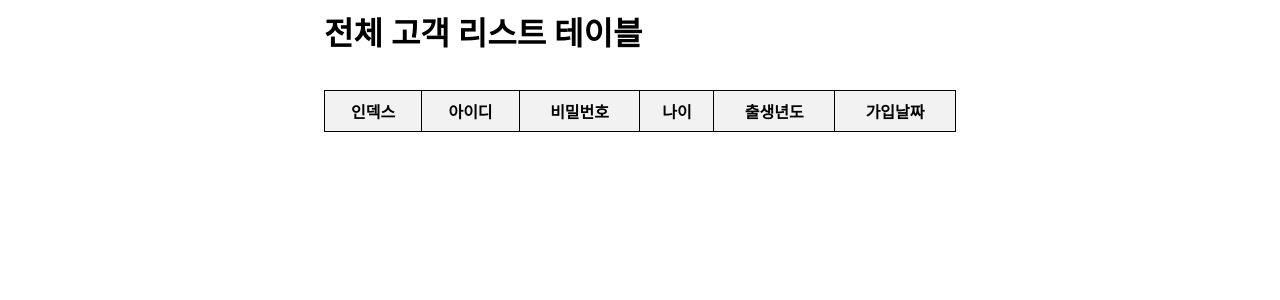
Repository: 2JISUN/hta-lecture-basic
Page: http://localhost/jsp03/list.jsp
The author's editor kept a copy of each file at every save. The page is drawn from the files as they stood at one save, then again after the next save.
The browser window is 1280 px wide. The pictures show the whole page.
The page is served by Tomcat 10. Other server files are loaded and not shown. Queries for data that is not in the repository find no rows.

Above is the page before, as saved 2023-09-15 07:47:59.

### jsp-lecture/jsp03/src/main/webapp/list.jsp
<%@page import="java.sql.ResultSet"%>
<%@page import="java.sql.PreparedStatement"%>
<%@page import="java.sql.Connection"%>
<%@page import="java.sql.DriverManager"%>
<%@ page language="java" contentType="text/html; charset=UTF-8"
    pageEncoding="UTF-8"%>
<html>
<head>
    <meta charset="UTF-8">
    <title>전체 고객 리스트 테이블</title>
    <style>
        h1 {
            width: 50%;
            margin: auto;
        }
        table {
            border-collapse: collapse;
            width: 50%;
            margin: auto;
        }
        th, td {
            border: 1px solid black;
            padding: 8px;
            text-align: center;
        }
        th {
            background-color: #f2f2f2;
        }
    </style>
</head>
<body>

<%
    //1. driver 찾기
    String driver = "oracle.jdbc.OracleDriver";
	Class.forName(driver);

	//2. url
	// 자바17 = 오라클11
	String url = "jdbc:oracle:thin:@localhost:1521:xe";
    String id = "jisun";
    String pw = "1234";

    Connection conn = DriverManager.getConnection(url, id, pw);
	System.out.println("db연결 성공");

	//3. 조회 : 쿼리 작성 + 결과값 받아오기
	//3-1. 쿼리문 처리 메서드
	//3-2. 결과값 받아오기 select 를 제외하고 나머지는 정수 0
	PreparedStatement pstmt = null;
	ResultSet rs = null;
	String sql = "select * from test";
	pstmt = conn.prepareStatement(sql);
	rs = pstmt.executeQuery();
%>
<h1>전체 고객 리스트 테이블</h1>
<br>
<br>
<table>
    <tr>
        <th>인덱스</th>
        <th>아이디</th>
        <th>비밀번호</th>
        <th>나이</th>
        <th>출생년도</th>
        <th>가입날짜</th>

    </tr>
    <%
        while(rs.next()) {
    %>
        <tr>
            <td><%= rs.getInt("no") %></td>
            <td><a href="info.jsp?id=<%= rs.getString("id") %>"><%= rs.getString("id") %></a></td>
            <td><%= rs.getString("password") %></td>
            <td><%= rs.getInt("age") %></td>
            <td><%= rs.getInt("birthyear") %></td>
            <td><%= rs.getString("regdate") %></td>
        </tr>
    <%
        }
    %>
</table>
</body>
</html>

After the next save:
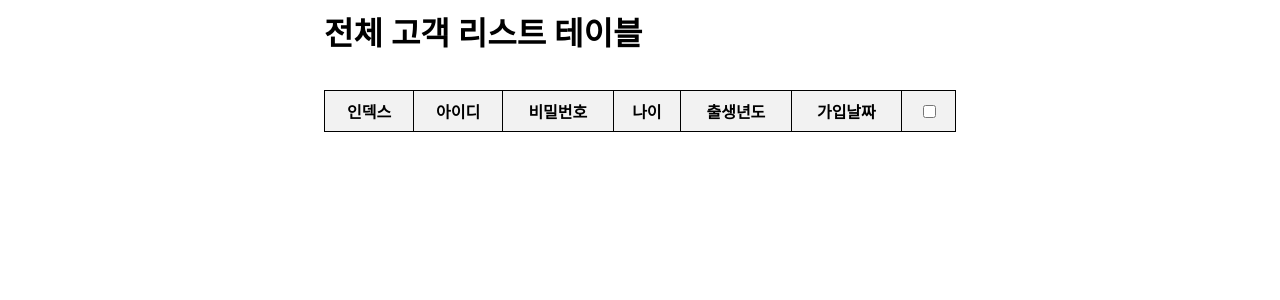
Saved 5 min 5 s later.
--- a/jsp-lecture/jsp03/src/main/webapp/list.jsp
+++ b/jsp-lecture/jsp03/src/main/webapp/list.jsp
@@ -64,6 +64,7 @@
         <th>나이</th>
         <th>출생년도</th>
         <th>가입날짜</th>
+        <th><input type="checkbox" name="allCheck" id="allCheck"></th>
 
     </tr>
     <%
